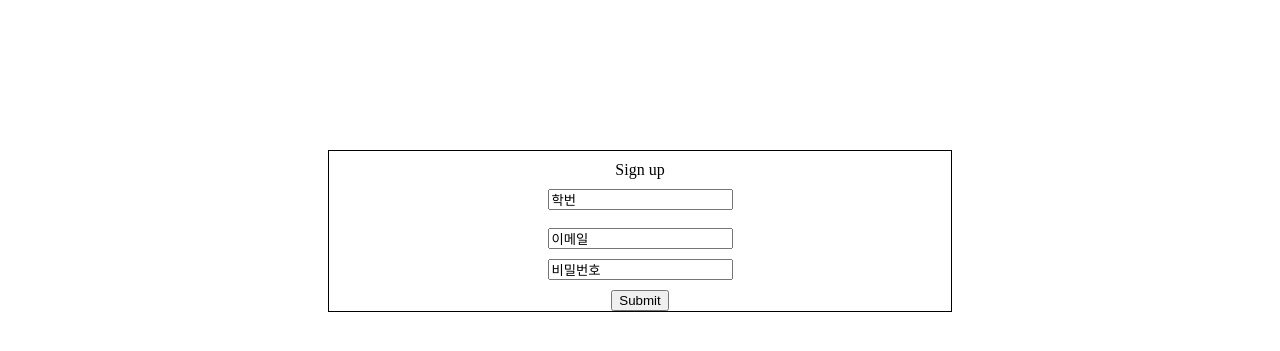
Repository: smandkd/Multicampus_Frontend
Page: http://localhost/Mulcam_Project/jsp/signup.jsp
The author's editor kept a copy of each file at every save. The page is drawn from the files as they stood at one save, then again after the next save.
The browser window is 1280 px wide. The pictures show the whole page.
The page is served by Tomcat 9.

Above is the page before, as saved 2022-01-30 02:33:31.

After the next save:
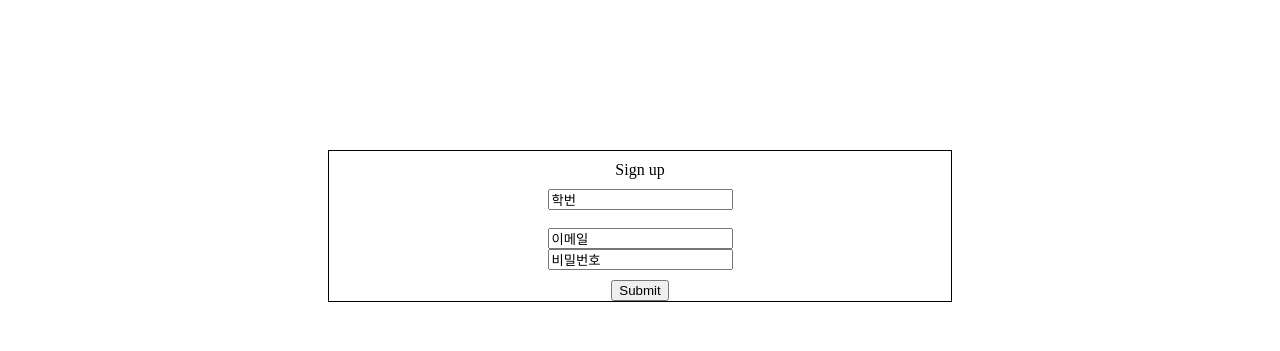
Saved 7 s later.
--- a/Mulcam_Project/jsp/signup.jsp
+++ b/Mulcam_Project/jsp/signup.jsp
@@ -20,7 +20,7 @@
 	margin-bottom:10px;
 }
 .d {
-	margin-bottom:10px;
+
 }
 </style>
 </head>
